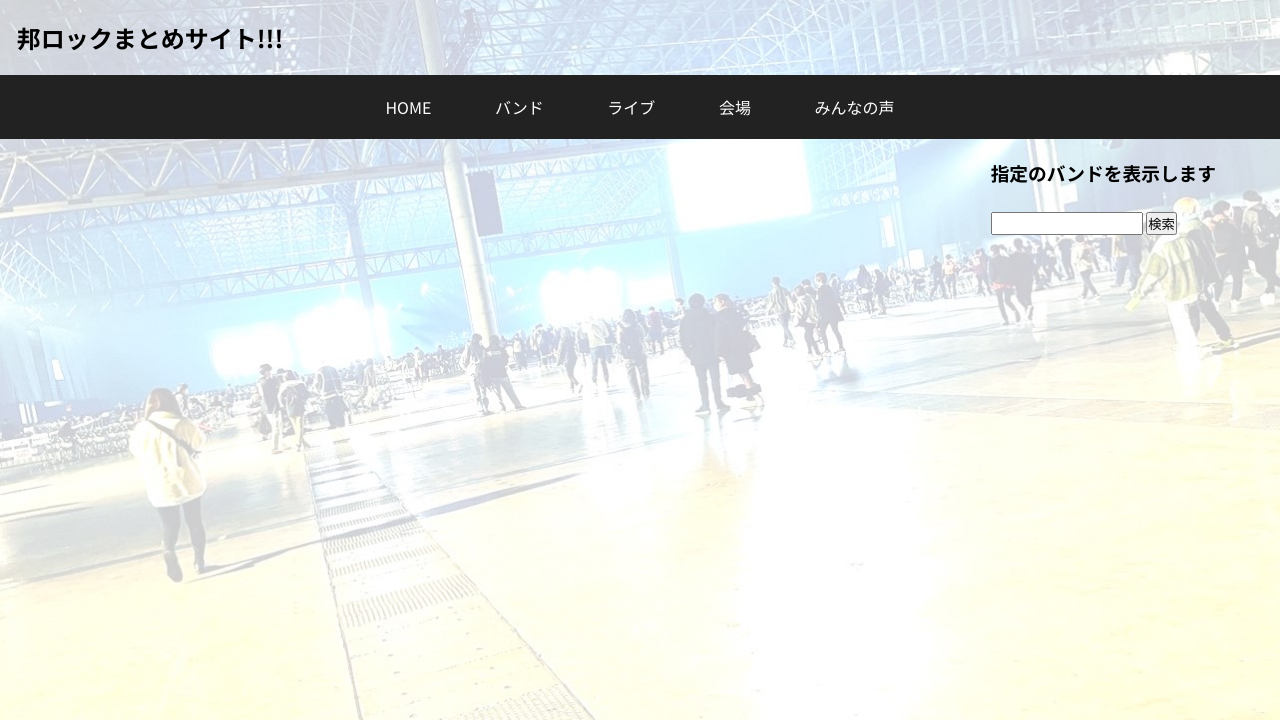
Repository: keimo15/web_live
Page: http://localhost/LetsEnjoyLive/showmemb
These files come from the project's save history. The page is drawn as it stood at one moment and after the next save; the edit follows.
The browser window is 1280 px wide. The pictures show the whole page.
The page is served by Tomcat 9. Other server files are loaded and not shown. Queries for data that is not in the repository find no rows.

Above is the page before, as saved 2023-07-02 22:55:34.

### LetsEnjoyLive/src/main/webapp/band.jsp
<%@page contentType="text/html;charset=utf-8" %>
<%@ page import="bean.*" %>
<jsp:useBean id="bdto" scope="request" class="bean.BandDTO" />
<jsp:useBean id="mdto" scope="request" class="bean.MembDTO" />
<html>
<head>
	<meta name="viewport" content="width=device-width, initial-scale=1">
	<link href="style.css" rel="stylesheet" type="text/css" media="all" />
	<title>邦ロックまとめサイト!!!_バンド</title>
</head>
<body>
	<div class = "header">
        <nav>
            <h2 class="logo">邦ロックまとめサイト!!!</h2>
            <ul>
                <li><a href="home.html">HOME</a></li>
                <li><a href="band.jsp">バンド</a></li>
                <li><a href="live.jsp">ライブ</a></li>
                <li><a href="place.jsp">会場</a></li>
                <li><a href="review.jsp">みんなの声</a></li>
            </ul>
        </nav>
    </div>

	<div class = "main">
	<div class = "search">
		<h3>指定のバンドを表示します</h3><br />
    		<form action="/LetsGotoLive/showband" method="post">
    		<input type="text" name="Band" />
    		<input type="submit" value="検索" />
    	</form><br />
    </div>
	<%
		if (bdto != null && bdto.size() > 0){
			BandBean bb = bdto.get(0);
			int i = 0;
			String[] Memb = bb.getMemb();
			String[] Part = bb.getPart();
	%>
		<h1 id="Name"><%= bb.getBand() %></h1>
		<div class="other">
		<h3>デビュー:　<%= bb.getDebut() %></h3>
		<h3>代表曲　:　<%= bb.getSong() %></h3>
		<h3>メンバー</h3>
		<%
			while(Memb[i] != null){
		%>
		<h3>　　　　　<%= Part[i] %> <%= Memb[i] %></h3>
		<% i++;} %>
		</div>
	<% } %>
	</div>
</body>
</html>

### LetsEnjoyLive/src/main/java/ShowMembServlet.java
import java.io.IOException;

import javax.servlet.RequestDispatcher;
import javax.servlet.ServletException;
import javax.servlet.annotation.WebServlet;
import javax.servlet.http.HttpServlet;
import javax.servlet.http.HttpServletRequest;
import javax.servlet.http.HttpServletResponse;

import bean.MembDTO;

@WebServlet("/showmemb")
public class ShowMembServlet extends HttpServlet {
	public void doPost(HttpServletRequest req, HttpServletResponse res)
		throws IOException, ServletException {

		// 入力値(band)を取得
		req.setCharacterEncoding("utf-8");
		String S_Band = req.getParameter("Band");

		// MembDAOオブジェクトを生成
		MembDAO mdao = new MembDAO();
		MembDTO mdto = mdao.search(S_Band);

		// リクエストスコープにDTOを格納
		req.setAttribute("mdto", mdto);

		// JSPにフォワード
		RequestDispatcher rd = req.getRequestDispatcher("/band.jsp");
		rd.forward(req, res);

	}

	public void doGet(HttpServletRequest req, HttpServletResponse res)
		throws IOException, ServletException {

		doPost(req, res);
	}
}

### LetsEnjoyLive/src/main/java/MembDAO.java
import java.sql.Connection;
import java.sql.DriverManager;
import java.sql.ResultSet;
import java.sql.Statement;

import bean.MembBean;
import bean.MembDTO;

public class MembDAO {
	private final String URL  = "jdbc:mysql://localhost:3306/web_live?characterEncoding=UTF-8";
	private final String USER = "root";
	private final String PASS = "pass";
	private Connection con = null;

// DBに接続
	public void connect() {
		try {
			Class.forName("com.mysql.cj.jdbc.Driver");
			con = DriverManager.getConnection(URL, USER, PASS);
		} catch(Exception e) {
			e.printStackTrace();
		}
	}

// 全件検索
	public MembDTO select() {
		Statement stmt = null;
		ResultSet   rs = null;
		MembDTO mdto = new MembDTO();
		String sql = "SELECT * FROM member";
		try {
			connect();
			// ステートメントを作成
			stmt = con.createStatement();
			// SQLを実行
			rs = stmt.executeQuery(sql);
			// 検索結果の処理
			while(rs.next()) {
				MembBean mb = new MembBean();
				mb.setName(rs.getString("Name"));
				mb.setBand(rs.getString("Band"));
				mb.setPart(rs.getString("Part"));
				mdto.add(mb);
			}
		} catch(Exception e) {
			e.printStackTrace();
		} finally {
			try {
				if   (rs != null)   rs.close();
				if (stmt != null) stmt.close();
			} catch(Exception e) {
				e.printStackTrace();
			}
		}
		disconnect();
		return mdto;
	}

	public int insert(String I_Name, String I_Band, String I_Part) {
		String sql = "INSERT INTO member (Name, Band, Part) VALUES ('" + I_Name + "', '" + I_Band + "', '" + I_Part + "')";
		return executeSql(sql);
	}
	public int update(String U_Name, String U_Band, String U_Part) {
		String sql = "UPDATE member SET Name = '" + U_Name + "', Band = '" + U_Band + "', Part = '" + U_Part + "' WHERE Name = '" + U_Name + "'";
		return executeSql(sql);
	}
	public int delete(String D_Name) {
		String sql = "DELETE FROM member WHERE Name = '" + D_Name + "'";
		return executeSql(sql);
	}

// SQL実行
	public int executeSql(String sql) {
		Statement stmt = null;
		ResultSet rs = null;
		int result = 0;
		try {
			connect();
			stmt = con.createStatement();
			result = stmt.executeUpdate(sql);
		} catch(Exception e) {
			e.printStackTrace();
		} finally {
			try {
				if   (rs != null) rs.close();
				if (stmt != null) stmt.close();
			} catch(Exception e) {
				e.printStackTrace();
			}
		}
		disconnect();
		return result;
	}

// バンドメンバー検索
	public MembDTO search(String S_Band) {
		Statement stmt = null;
		ResultSet rs = null;
		MembDTO mdto = new MembDTO();
		String sql = "SELECT * FROM member WHERE Band = '" + S_Band + "'";
		try {
			connect();
			stmt = con.createStatement();
			rs = stmt.executeQuery(sql);
			while(rs.next()) {
				MembBean mb = new MembBean();
				mb.setName(rs.getString("Name"));
				mb.setBand(rs.getString("Band"));
				mb.setPart(rs.getString("Part"));
				mdto.add(mb);
			}
		} catch(Exception e) {
			e.printStackTrace();
		} finally {
			try {
				if (rs != null) rs.close();
				if (stmt != null) stmt.close();
			} catch(Exception e) {
				e.printStackTrace();
			}
		}
		disconnect();
		return mdto;
	}

	public void disconnect() {
		try {
			if (con != null) con.close();
		} catch(Exception e) {
			e.printStackTrace();
		}
	}
}

### LetsEnjoyLive/src/main/java/bean/MembDTO.java
package bean;

import java.io.Serializable;
import java.util.ArrayList;

public class MembDTO implements Serializable {
	private ArrayList<MembBean> list;

	public MembDTO() {
		list = new ArrayList<MembBean>();
	}
	public void add(MembBean mb) {
		list.add(mb);
	}
	public MembBean get(int i) {
		return list.get(i);
	}
	public int size() {
		return list.size();
	}
}

### LetsEnjoyLive/src/main/java/bean/BandDTO.java
package bean;

import java.io.Serializable;
import java.util.ArrayList;

public class BandDTO implements Serializable {
	private ArrayList<BandBean> list;

	public BandDTO() {
		list = new ArrayList<BandBean>();
	}
	public void add(BandBean bb) {
		list.add(bb);
	}
	public BandBean get(int i) {
		return list.get(i);
	}
	public int size() {
		return list.size();
	}
}

### LetsEnjoyLive/src/main/webapp/style.css
@import url("https://fonts.googleapis.com/css2?family=Noto+Sans+JP:wght@100;400;700&display=swap");

/* 基本情報 */
* {
    margin: 0;
    padding: 0;
    box-sizing: border-box;
    font-family: "Noto Sans JP", sans-serif;
}

/* 全体背景 */
body {
	background-color: #486d46;
	background-image: url("Portfolio_Rock_background.jpg");
	background-size: cover;
	background-position: center center;
	background-repeat: no-repeat;
	background-attachment: fixed;
}

/* ヘッダー */
.header {
    width: 100%;
    background-position: center;
    background-size: cover;
}

nav {
    width: 100%;
    padding: 20px 0;
    text-align: center;
}

/* サイトロゴ */
.logo {
    width: 300px;
    margin: 0 auto 20px 0;
    cursor: pointer;
}

nav ul {
    background: #222;
    list-style: none;
}

nav ul li {
    display: inline-block;
    list-style: none;
    margin: 20px 30px;
}

nav ul li a {
    text-decoration: none;
    color: white;
}

/* アンカー */
a:hover {
    color: #F00;
}

#Name {
	float: left;
	margin: 0 0 0 5%;
}

.other {
	clear: both;
	text-align: left;
	margin: 5% auto 0 5%;
}

.search {
	float: right;
	margin: 0 5% 0 0;
}

#apeal {
    font-size: 100px;
    width: 400px;
    margin: 20px;
    text-align: left;
    font-family: "MS P明朝";
}

#apeal_smaller {
	font-size: 40px;
    width: 400px;
    margin: 20px;
    text-align: left;
    font-family: "MS P明朝";
    color:#999;
}

After the next save:
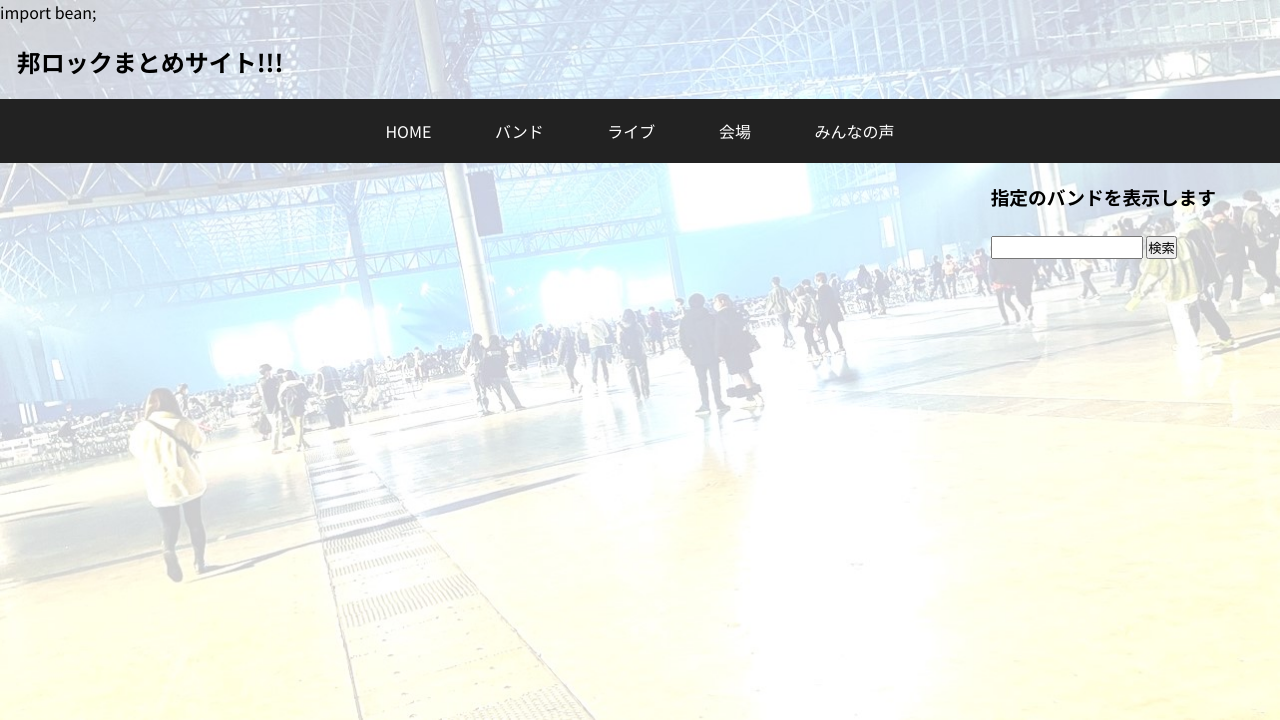
Saved 54 s later.
--- a/LetsEnjoyLive/src/main/webapp/band.jsp
+++ b/LetsEnjoyLive/src/main/webapp/band.jsp
@@ -1,3 +1,5 @@
+import bean;
+
 <%@page contentType="text/html;charset=utf-8" %>
 <%@ page import="bean.*" %>
 <jsp:useBean id="bdto" scope="request" class="bean.BandDTO" />

After the 2 saves that followed:
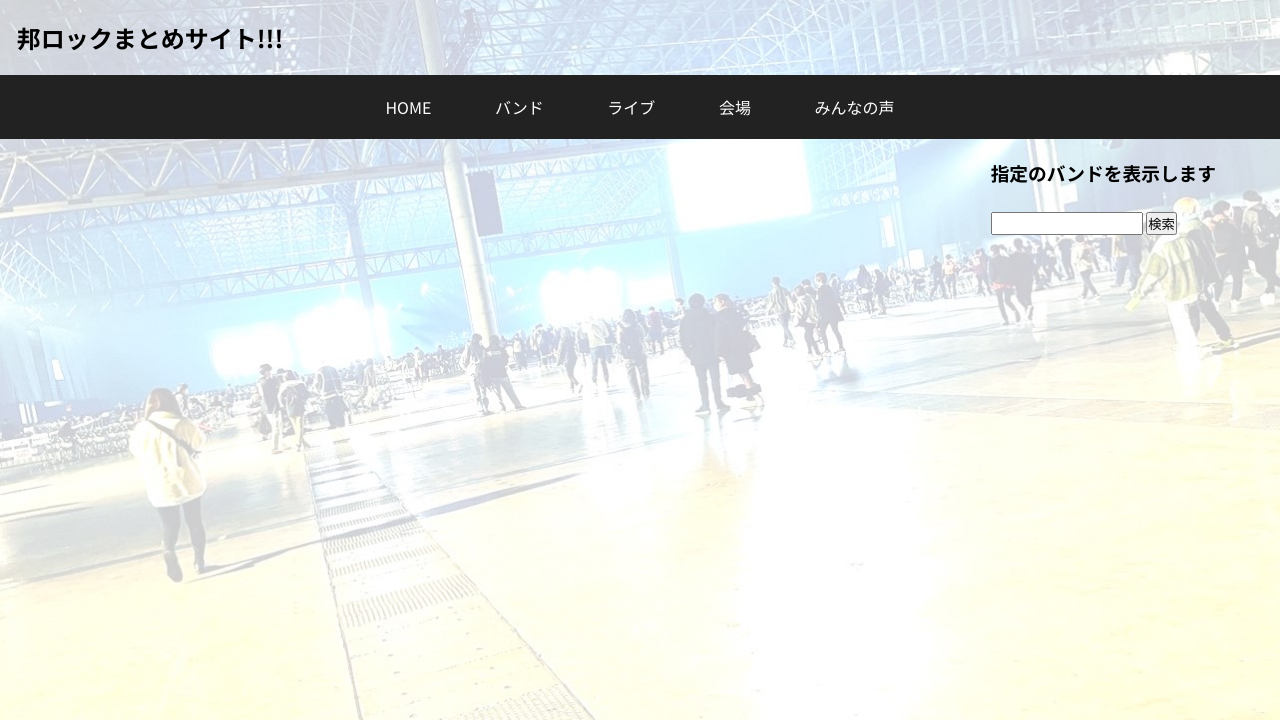
The 2 saves are shown as one change because 1 left the picture as it was.
The last was saved 54 s later.
--- a/LetsEnjoyLive/src/main/webapp/band.jsp
+++ b/LetsEnjoyLive/src/main/webapp/band.jsp
@@ -1,5 +1,3 @@
-import bean;
-
 <%@page contentType="text/html;charset=utf-8" %>
 <%@ page import="bean.*" %>
 <jsp:useBean id="bdto" scope="request" class="bean.BandDTO" />
@@ -15,7 +13,7 @@
         <nav>
             <h2 class="logo">邦ロックまとめサイト!!!</h2>
             <ul>
-                <li><a href="home.html">HOME</a></li>
+                <li><a href="index.html">HOME</a></li>
                 <li><a href="band.jsp">バンド</a></li>
                 <li><a href="live.jsp">ライブ</a></li>
                 <li><a href="place.jsp">会場</a></li>
@@ -27,7 +25,7 @@
 	<div class = "main">
 	<div class = "search">
 		<h3>指定のバンドを表示します</h3><br />
-    		<form action="/LetsGotoLive/showband" method="post">
+    		<form action="/LetsEnjoyLive/showband" method="post">
     		<input type="text" name="Band" />
     		<input type="submit" value="検索" />
     	</form><br />
